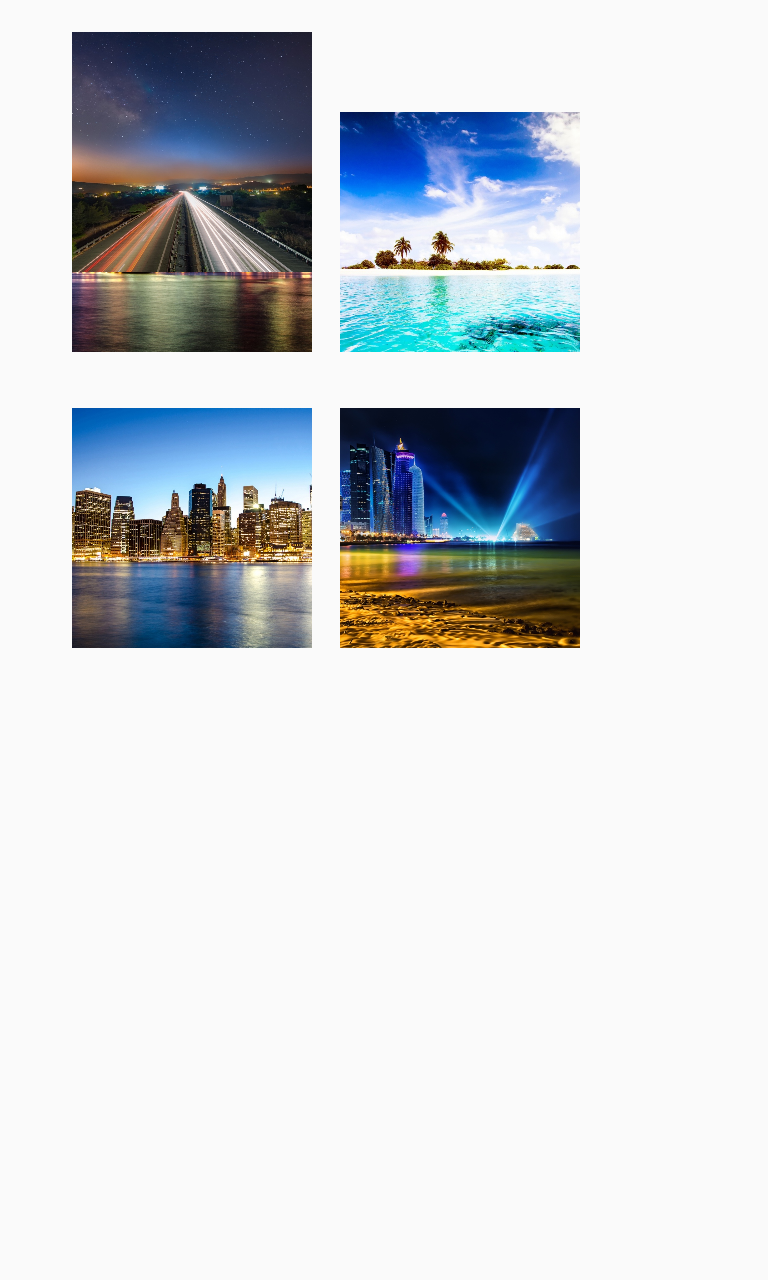
Repository: MarcSelles/nPuzzle10447768
Layout: NPuzzle10447768/res/layout/activity_main.xml
An editor plug-in stored every save of this project. The layout is shown before and after the next save, followed by the edit.
It is drawn on a 768 x 1280 px phone screen (xhdpi) without system bars, with theme AppTheme; the app's code is not run.

Above is the layout before, as saved 2014-11-22 18:00:57.

After the next save:
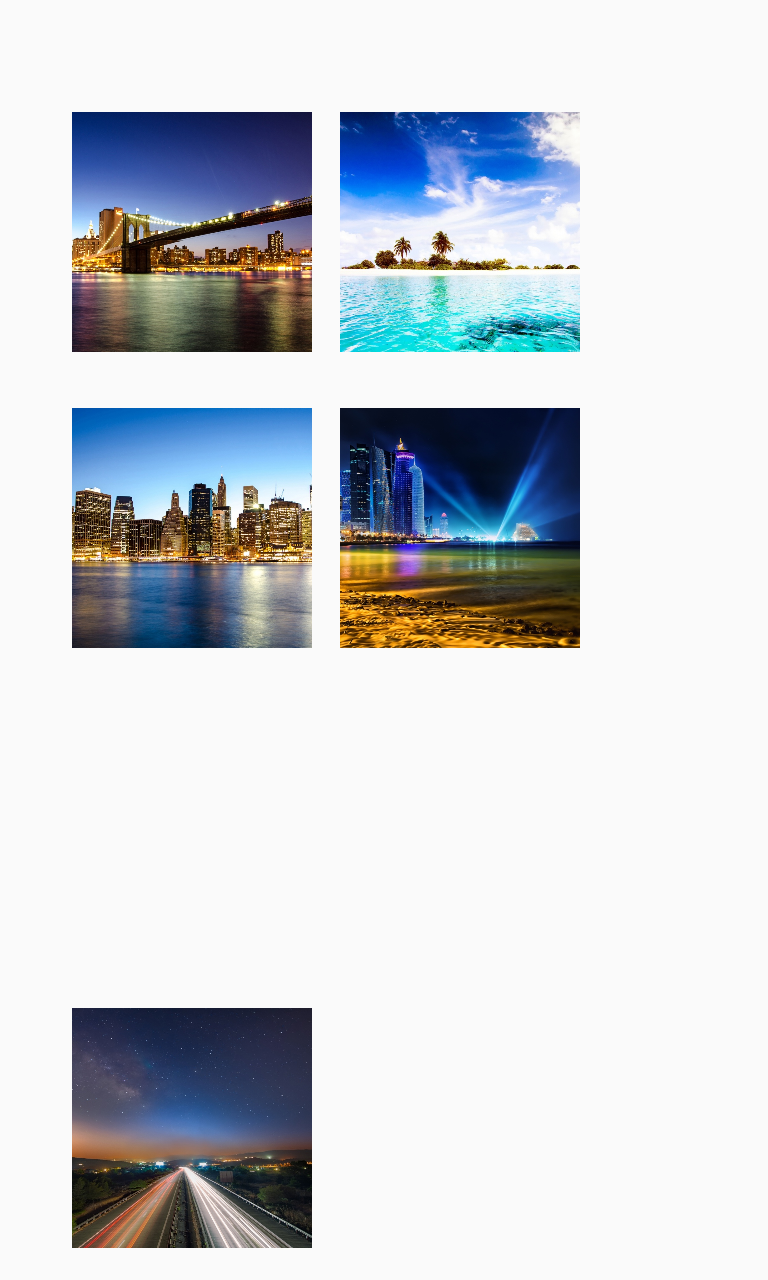
Saved 47 s later.
--- a/NPuzzle10447768/res/layout/activity_main.xml
+++ b/NPuzzle10447768/res/layout/activity_main.xml
@@ -52,8 +52,9 @@
         android:id="@+id/imageView5"
         android:layout_width="120dp"
         android:layout_height="120dp"
-        android:layout_alignLeft="@+id/imageView3"
-
+        android:layout_alignParentBottom="true"
+        android:layout_marginTop="10dp"
+        android:layout_toLeftOf="@+id/imageView2"
         android:scaleType="fitXY"
         android:src="@drawable/rush_hour" />
 
